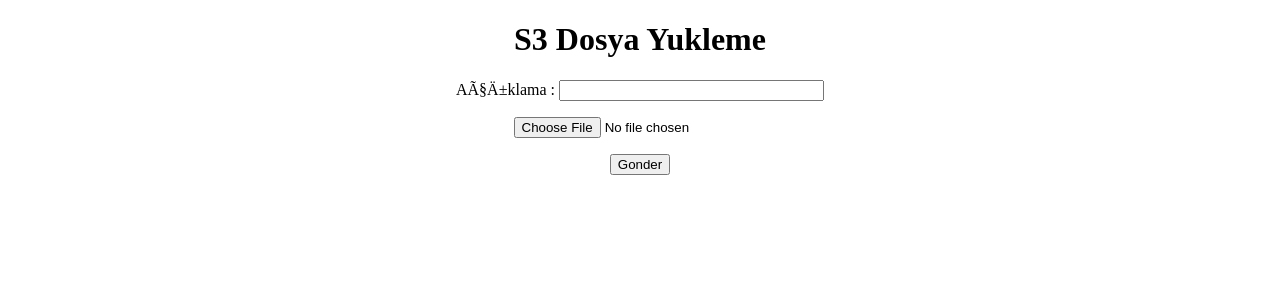
Repository: erengthb/AWS-Java-Servlet-Project
Page: http://localhost/Proje/upload.jsp
The author's editor kept a copy of each file at every save. The page is drawn from the files as they stood at one save, then again after the next save.
The browser window is 1280 px wide. The pictures show the whole page.
The page is served by Tomcat 9. Other server files are loaded and not shown.

Above is the page before, as saved 2022-04-15 23:02:56.

### Proje/src/main/webapp/upload.jsp
<%@ page language="java" contentType="text/html; charset=ISO-8859-1"
    pageEncoding="ISO-8859-1"%>
<!DOCTYPE html>
<meta http-equiv="Content-Type" content="text/html; charset=utf-8" />
<html>
<head>
<meta charset="ISO-8859-1">
<title>Dosya Yukleme</title>
</head>
<body>

<div align ="center">

<div><h1>S3  Dosya Yukleme</h1></div>
<div>
<form action ="upload" method = "post" enctype = "multipart/form-data">
<p> Açıklama : <input type ="text" name= "Description	" size="30" required/> </p>

<p> <input type ="file" name = "file" required /></p>
<p> <button type= "submit" >Gonder</button> </p>


</form>
</div>
</div>


</body>
</html>

After the next save:
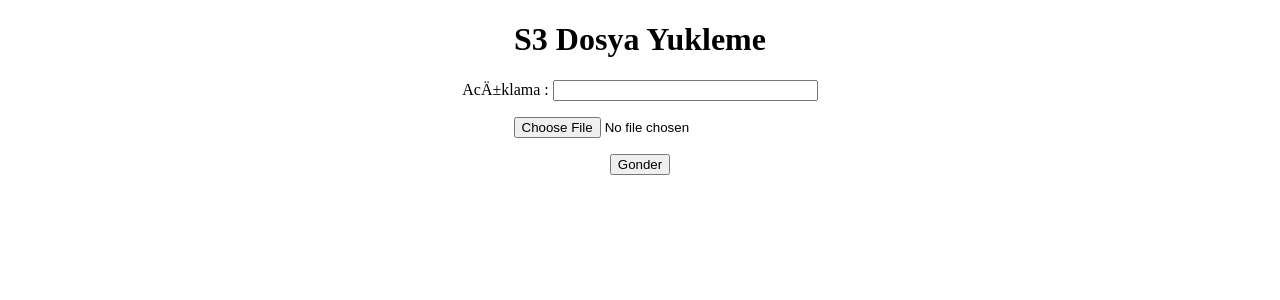
Saved 23 s later.
--- a/Proje/src/main/webapp/upload.jsp
+++ b/Proje/src/main/webapp/upload.jsp
@@ -14,7 +14,7 @@
 <div><h1>S3  Dosya Yukleme</h1></div>
 <div>
 <form action ="upload" method = "post" enctype = "multipart/form-data">
-<p> Açıklama : <input type ="text" name= "Description	" size="30" required/> </p>
+<p> Acıklama : <input type ="text" name= "Description	" size="30" required/> </p>
 
 <p> <input type ="file" name = "file" required /></p>
 <p> <button type= "submit" >Gonder</button> </p>

After the 2 saves that followed:
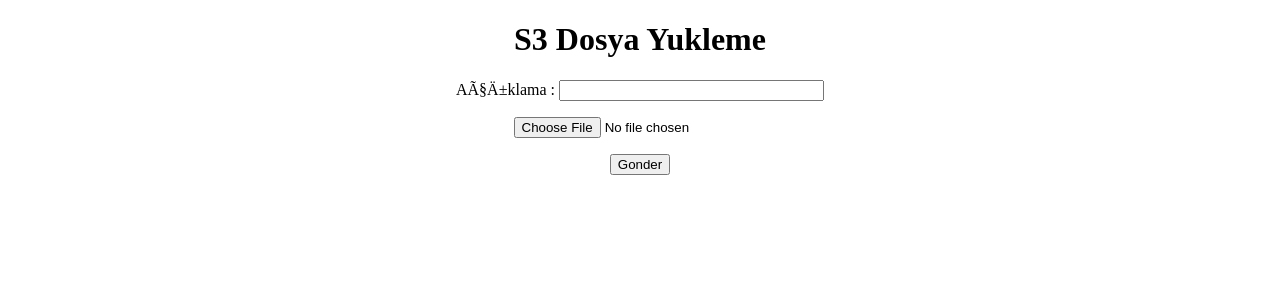
The 2 saves are shown as one change because 1 left the picture as it was.
The last was saved 17 s later.
--- a/Proje/src/main/webapp/upload.jsp
+++ b/Proje/src/main/webapp/upload.jsp
@@ -1,7 +1,7 @@
 <%@ page language="java" contentType="text/html; charset=ISO-8859-1"
     pageEncoding="ISO-8859-1"%>
 <!DOCTYPE html>
-<meta http-equiv="Content-Type" content="text/html; charset=utf-8" />
+<meta char utf-8>
 <html>
 <head>
 <meta charset="ISO-8859-1">
@@ -14,7 +14,7 @@
 <div><h1>S3  Dosya Yukleme</h1></div>
 <div>
 <form action ="upload" method = "post" enctype = "multipart/form-data">
-<p> Acıklama : <input type ="text" name= "Description	" size="30" required/> </p>
+<p> Açıklama : <input type ="text" name= "Description	" size="30" required/> </p>
 
 <p> <input type ="file" name = "file" required /></p>
 <p> <button type= "submit" >Gonder</button> </p>
